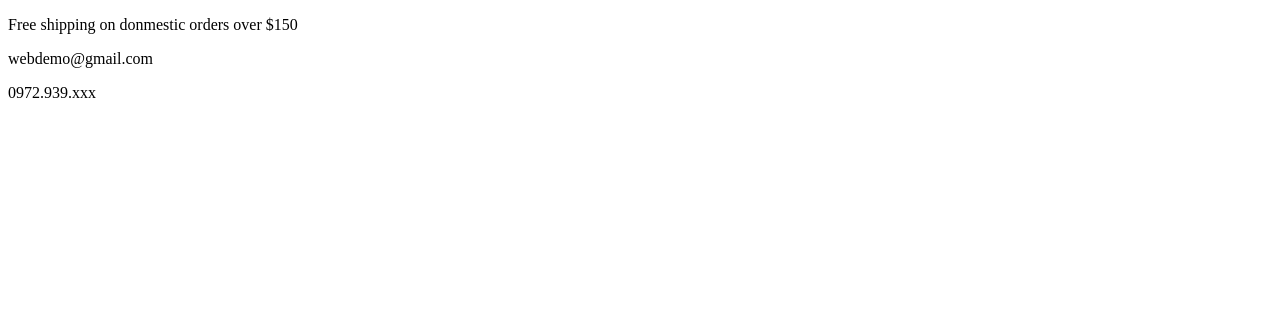
Repository: ldminh95/demo01
Page: index.html
The author's editor kept a copy of each file at every save. The page is drawn from the files as they stood at one save, then again after the next save.
The browser window is 1280 px wide. The pictures show the whole page.

Above is the page before, as saved 2023-09-09 15:35:59.

### index.html
<!DOCTYPE html>
<html lang="en">
<head>
    <meta charset="UTF-8">
    <meta name="viewport" content="width=device-width, initial-scale=1.0">
    <title>Mẫu web điện máy</title>
</head>
<body>
    <header>
        <div class="header_info">
            <div class="info_left">
                <p>Free shipping on donmestic orders over $150</p>
            </div>
            <div class="info_right">
                <p>webdemo@gmail.com</p>
                <p>0972.939.xxx</p>
            </div>
        </div>
    </header>
</body>
</html>

After the next save:
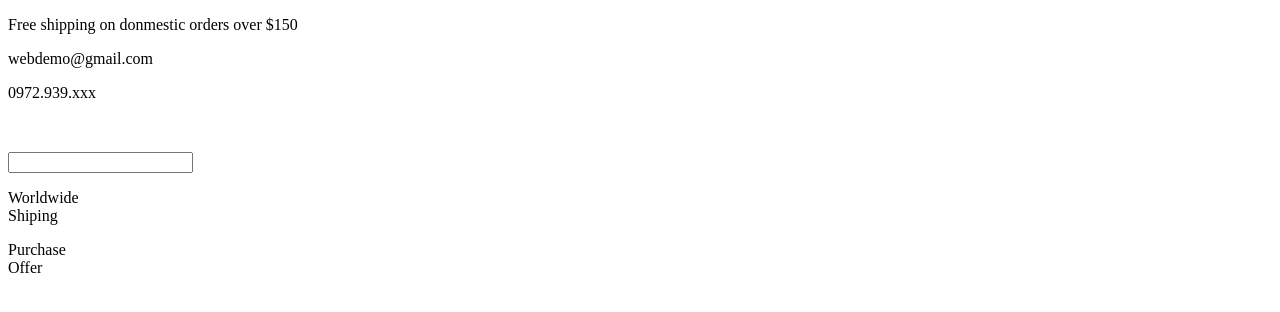
Saved 3 min 34 s later.
--- a/index.html
+++ b/index.html
@@ -16,6 +16,18 @@
                 <p>0972.939.xxx</p>
             </div>
         </div>
+        <div class="header_logo">
+            <figure class="logo">
+                <img src="" alt="">
+            </figure>
+            <div class="search">
+                <input type="text">
+            </div>
+            <div class="discount">
+                <p>Worldwide<br>Shiping</p>
+                <p>Purchase<br>Offer</p>
+            </div>
+        </div>
     </header>
 </body>
 </html>
